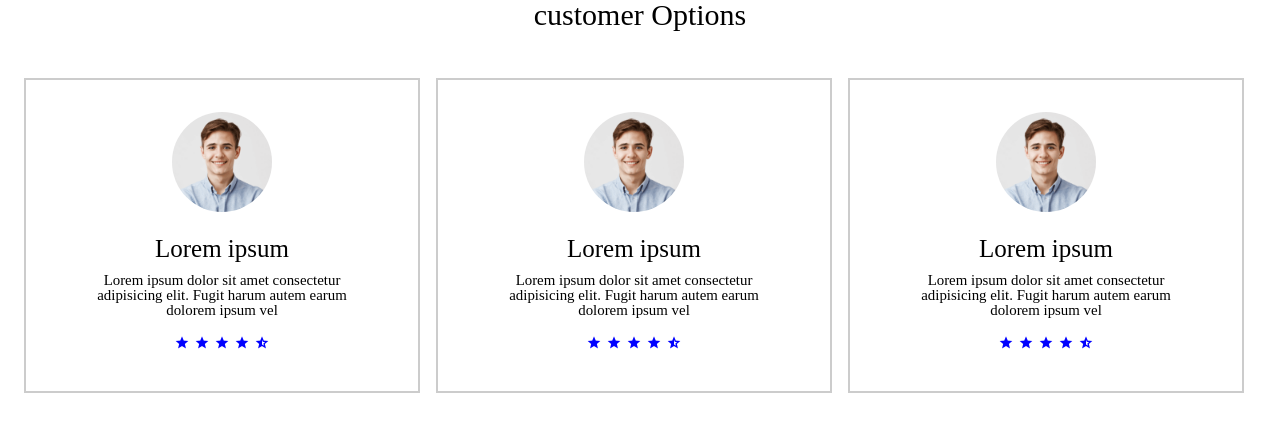
Repository: dinhhaidh/slider-3
Page: index.html
The author's editor kept a copy of each file at every save. The page is drawn from the files as they stood at one save, then again after the next save.
The browser window is 1280 px wide. The pictures show the whole page.

Above is the page before, as saved 2024-03-22 21:16:43.

After the next save:
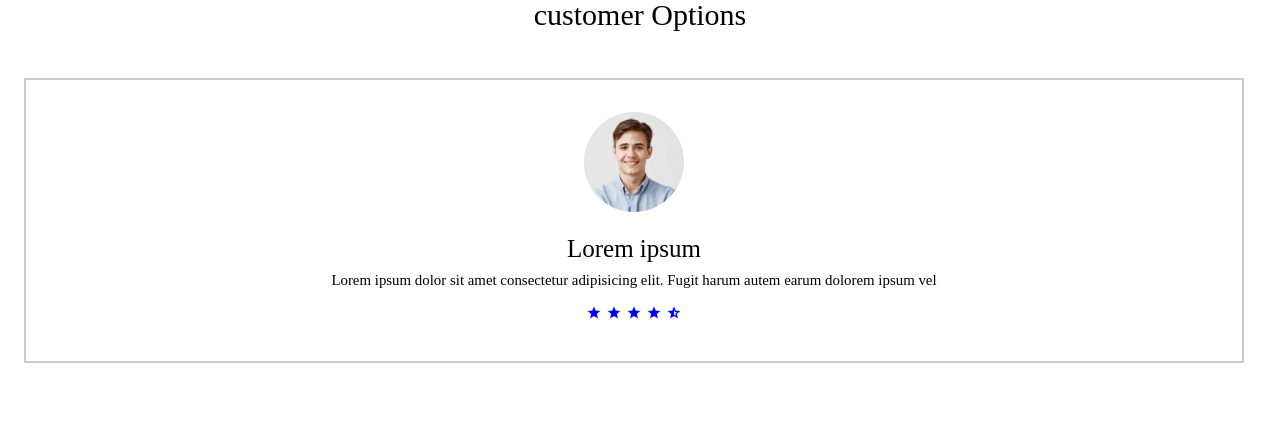
Console error: SyntaxError: Identifier 'swiperCustomer' has already been declared
Saved 4 s later.
--- a/js/app.js
+++ b/js/app.js
@@ -31,7 +31,7 @@
     }
 });
 
-let swiperHome = new Swiper('.home__swiper', {
+let swiperCustomer = new Swiper('.home__swiper', {
     loop: true,
     spaceBetween: -24,
     slidesPerView: 'auto',

After the 2 saves that followed:
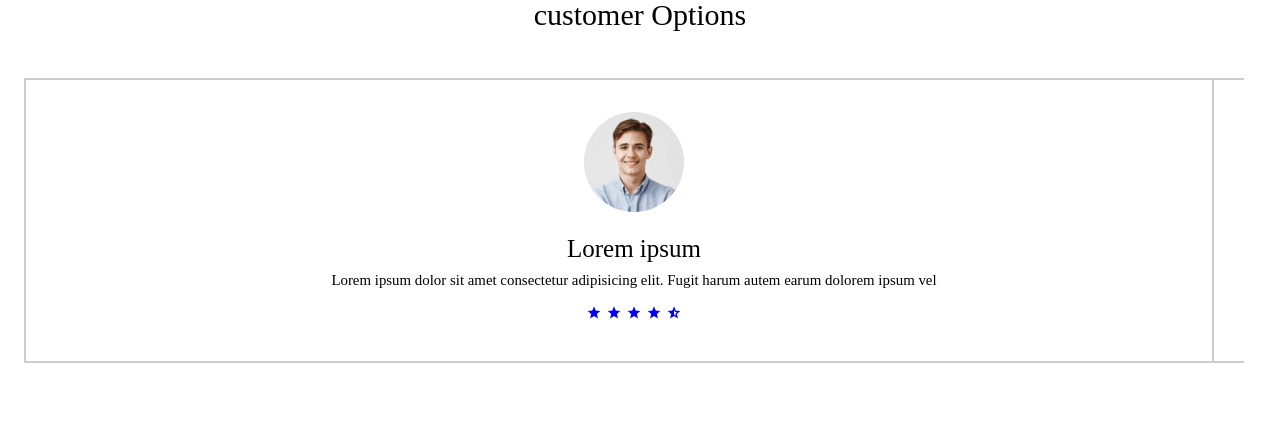
The error is gone.
The 2 saves are shown as one change because 1 left the picture as it was.
The last was saved 8 s later.
--- a/js/app.js
+++ b/js/app.js
@@ -12,26 +12,26 @@
 //     }
 // });
 
+// let swiperCustomer = new Swiper('.customer__swiper', {
+//     loop: true,
+//     spaceBetween: 16,
+//     slidesPerView: 'auto',
+//     centeredSlides: 'auto',
+
+//     navigation: {
+//         nextEl: '.swiper-button-next',
+//         prevEl: '.swiper-button-prev',
+//     },
+
+//     breakpoints: {
+//         1150: {
+//             slidesPerView: 3,
+//             centeredSlides: false,
+//         }
+//     }
+// });
+
 let swiperCustomer = new Swiper('.customer__swiper', {
-    loop: true,
-    spaceBetween: 16,
-    slidesPerView: 'auto',
-    centeredSlides: 'auto',
-
-    navigation: {
-        nextEl: '.swiper-button-next',
-        prevEl: '.swiper-button-prev',
-    },
-
-    breakpoints: {
-        1150: {
-            slidesPerView: 3,
-            centeredSlides: false,
-        }
-    }
-});
-
-let swiperCustomer = new Swiper('.home__swiper', {
     loop: true,
     spaceBetween: -24,
     slidesPerView: 'auto',
